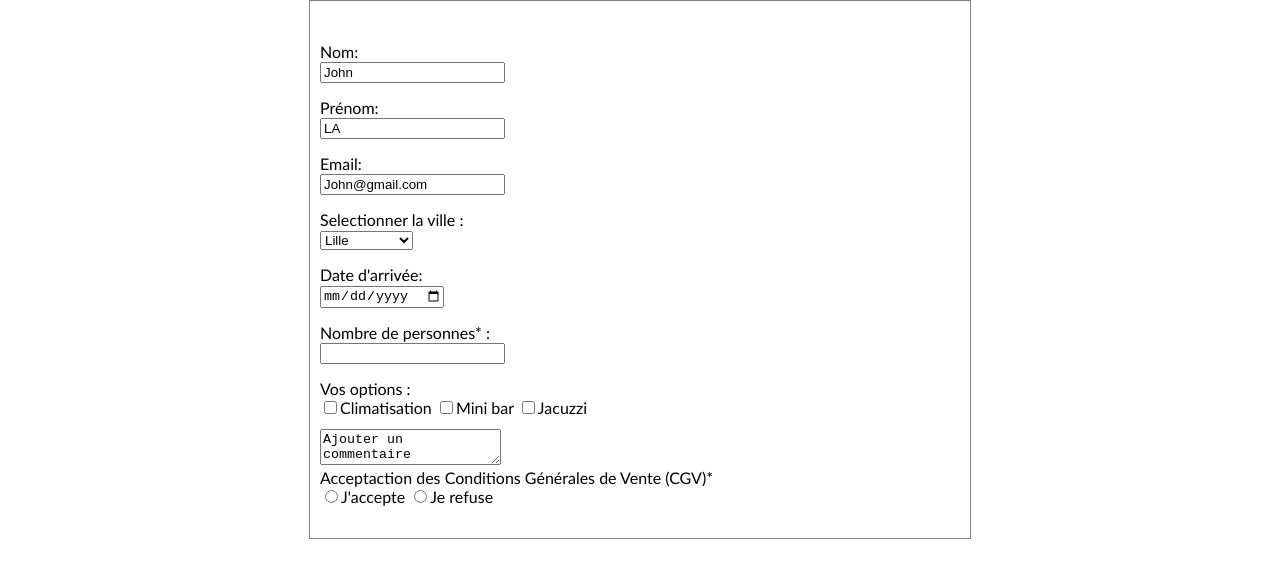
Repository: Coumba25040/coumbaProjet
Page: Env/index.html
These files come from the project's save history. The page is drawn as it stood at one moment and after the next save; the edit follows.
The browser window is 1280 px wide. The pictures show the whole page.

Above is the page before, as saved 2024-10-14 20:05:13.

### Env/index.html
<!DOCTYPE html>
<html lang="fr">

<head> <!-- partie invisible -->
    <meta charset="UTF-8">
    <meta http-equiv="X-UA-Compatible" content="IE=edge">
    <meta name="viewport" content="width=device-width, initial-scale=1.0">
    <title>Formulaire de réservation</title>

    <style>
        body {
            width: 50%;
            margin: auto;
            border: 1px solid gray;
            padding: 20px 10px;
            font-family: 'Gill Sans', 'Gill Sans MT', Calibri, 'Trebuchet MS', sans-serif;
        }

        h1,
        h3 {
            background: white;
            text-align: center;
        }

        label,
        input,
        select {
            margin-bottom: 15px;
        }
    </style>
</head>

<body> <!-- corps de la page début du contenu qui sera affiché -->

    <h1> </h1> <!-- Titre de niveau 1 -->
    <h3> </h3> <!-- Titre de niveau 3 (plus petit) -->

    <!-- début du formulaire -->
    <form id="registration_form" method="POST">
        <label for="Nom">Nom:<br>
<input type="text" name="Nom" value="John"></label></br>

<label for="Nom">Prénom:<br>
    <input type="text" name="Prénom" value="LA"></label></br>

    <label for="Email">Email:<br>
        <input type="text" name="Email" value="John@gmail.com"></label></br>


        <label for="ville">Selectionner la ville : </label> <br>

        <select id="ville" name="ville">

            <option value="ville">Lille</option>
            <option value="ville">Paris</option>
            <option value="ville">Bordeaux</option>
            <option value="ville">Marseille</option>
            <option value="ville">Nantes</option>
            <option value="ville">Lyon</option>
            <option value="ville">La Rochelle</option>
            <option value="ville">Poitiers</option>
            <option value="ville">Toulouse</option>

        </select></br>

        <label for="date">Date d'arrivée:</label><br>
        <input type="date"></br>


        <label for="nombre de personnes">Nombre de personnes* :<br>
            <input type="number"name="Nombre" value="option"></label></br>


            <label for="Vos option">Vos options :<br>
            <input type="checkbox"name="option" value="climatisation">Climatisation</label></input>
            <input type="checkbox"name="option" value="climatisation">Mini bar</label></input>
            <input type="checkbox"name="option" value="climatisation">Jacuzzi</label></input></br>



        <textarea name="commentaire" rows="2" cols="20">Ajouter un commentaire</textarea><br>

        <label for="CGV">Acceptaction des Conditions Générales de Vente (CGV)*<br>
        <input type="radio">J'accepte
        <input type="radio">Je refuse</label>


    </form> <!--  fin du formulaire -->
</body> <!-- fin du contenu de la page -->

</html>

After the next save:
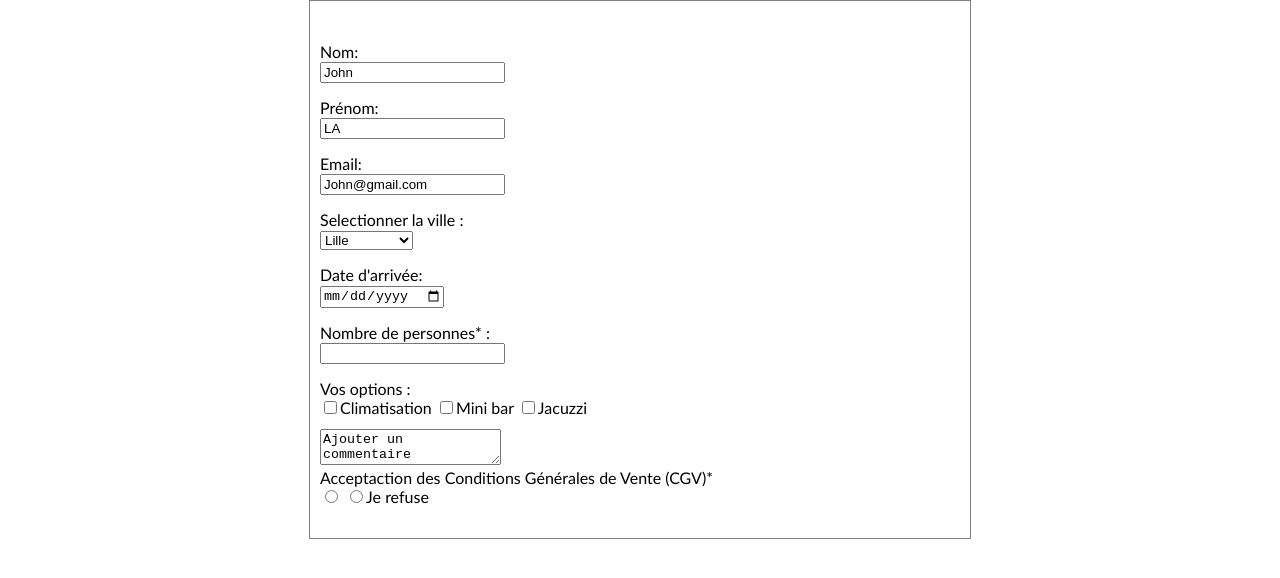
Saved 2 min 42 s later.
--- a/Env/index.html
+++ b/Env/index.html
@@ -81,7 +81,7 @@
         <textarea name="commentaire" rows="2" cols="20">Ajouter un commentaire</textarea><br>
 
         <label for="CGV">Acceptaction des Conditions Générales de Vente (CGV)*<br>
-        <input type="radio">J'accepte
+        <input type="radio"J'accepte>
         <input type="radio">Je refuse</label>
 
 

After the save that followed:
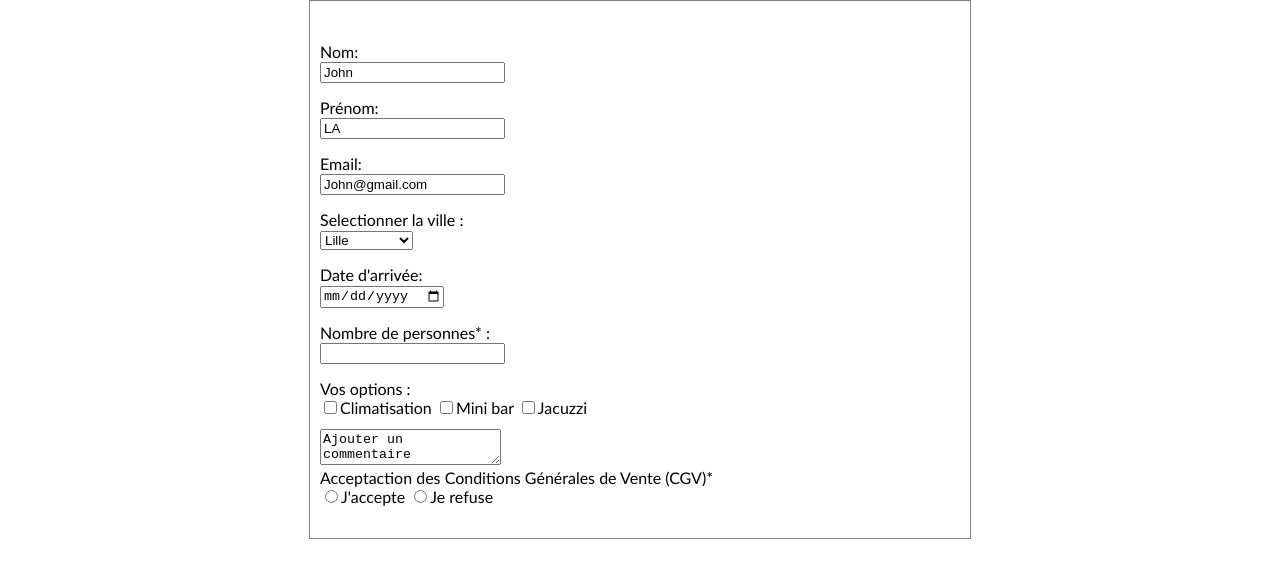
Saved 17 s later.
--- a/Env/index.html
+++ b/Env/index.html
@@ -81,7 +81,7 @@
         <textarea name="commentaire" rows="2" cols="20">Ajouter un commentaire</textarea><br>
 
         <label for="CGV">Acceptaction des Conditions Générales de Vente (CGV)*<br>
-        <input type="radio"J'accepte>
+        <input type="radio">J'accepte
         <input type="radio">Je refuse</label>
 
 
